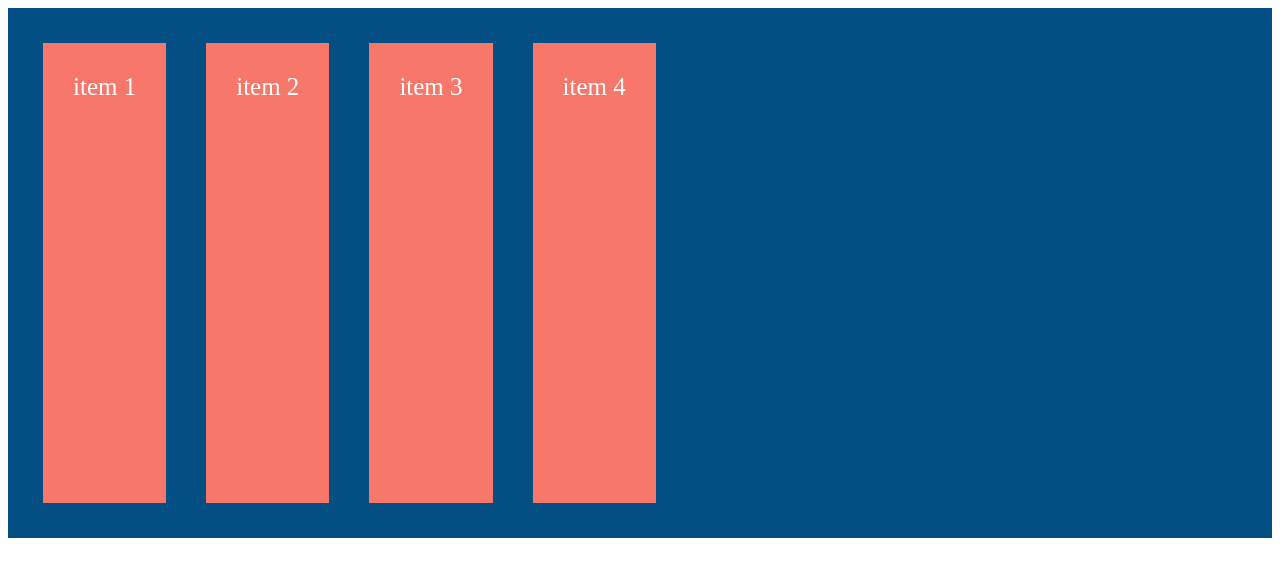
Repository: mehmetbuber38/flex
Page: flex-alignments.html
The author's editor kept a copy of each file at every save. The page is drawn from the files as they stood at one save, then again after the next save.
The browser window is 1280 px wide. The pictures show the whole page.

Above is the page before, as saved 2022-01-30 19:18:25.

After the next save:
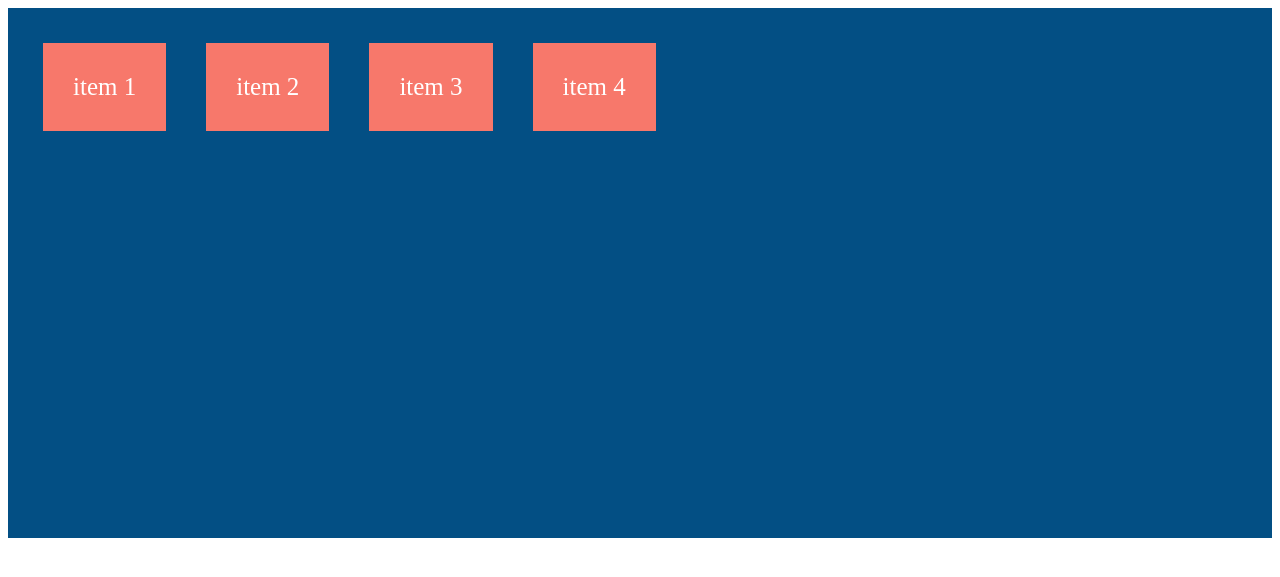
Saved 34 s later.
--- a/flex-alignments.html
+++ b/flex-alignments.html
@@ -18,7 +18,9 @@
         /* justify-content: space-evenly; Sağ yada soldan ortak birim olarak boşluk bırakılır. */
         /* ________________________________________________________________________________________________________________ */
 
-        align-items: stretch;
+        /* align-items: stretch; Varsayılan olarak gelir. */
+        align-items: flex-start;
+
 
         height: 500px;
         background-color: #034f84;
